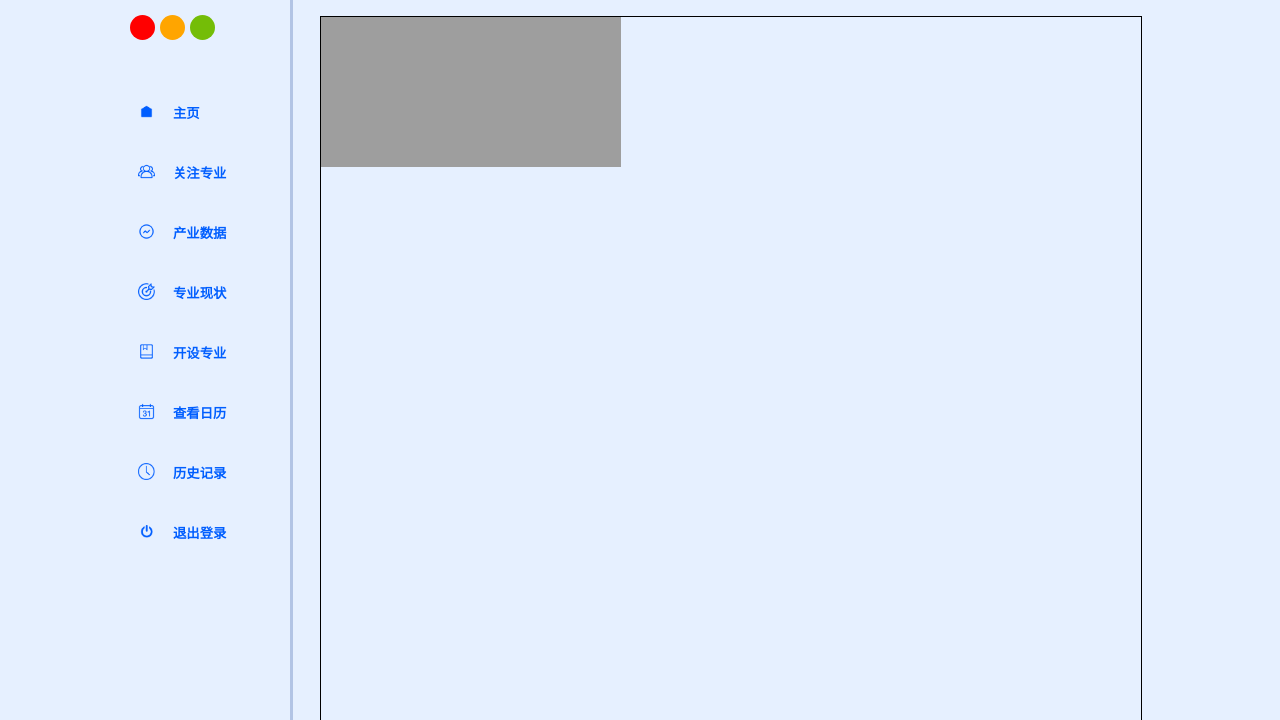
Repository: akaCSDN/test
Page: 2.1主页.html
These files come from the project's save history. The page is drawn as it stood at one moment and after the next save; the edit follows.
The browser window is 1280 px wide. The pictures show the whole page.
Pictures or frames that could not be fetched are drawn as grey boxes.

Above is the page before, as saved 2022-12-03 22:09:04.

After the next save:
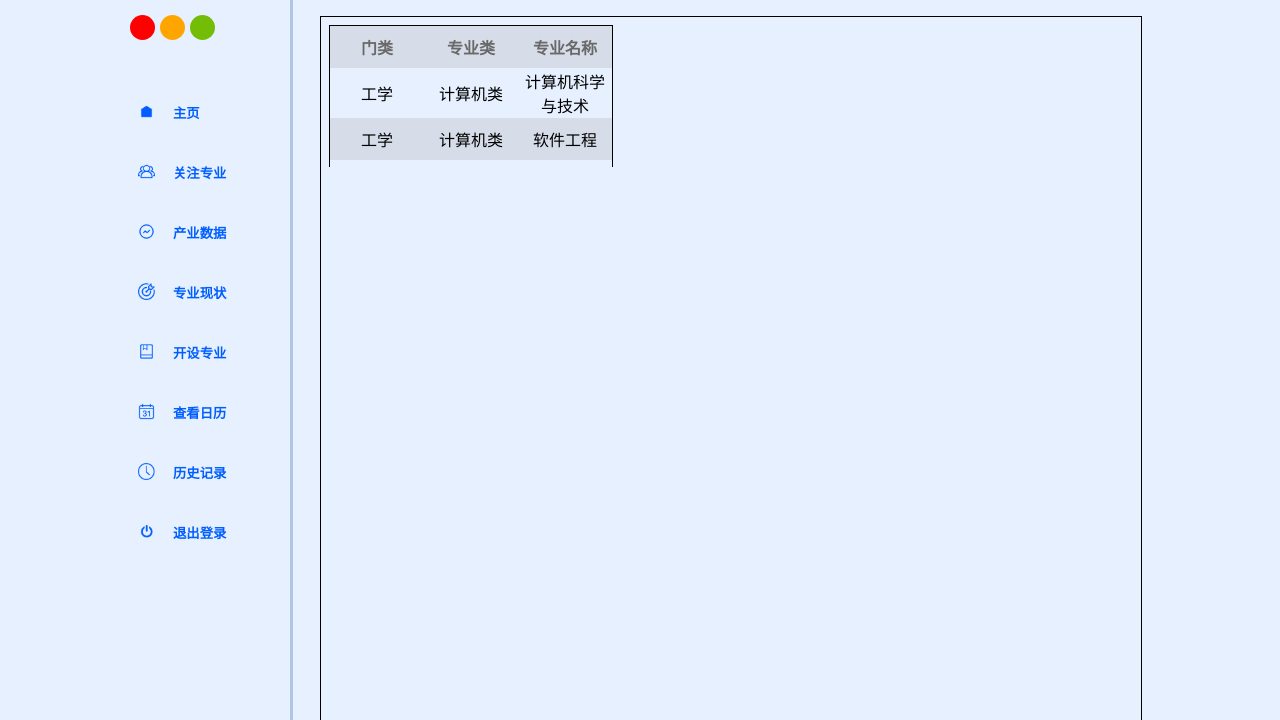
Saved 5 s later.
--- a/2.1主页.html
+++ b/2.1主页.html
@@ -127,7 +127,7 @@
         </div>
     </div>
     <div class="right">
-        <iframe src="./" frameborder="0"></iframe>
+        <iframe src="./2.1.1关注专业.html" frameborder="0"></iframe>
     </div>
 
 
